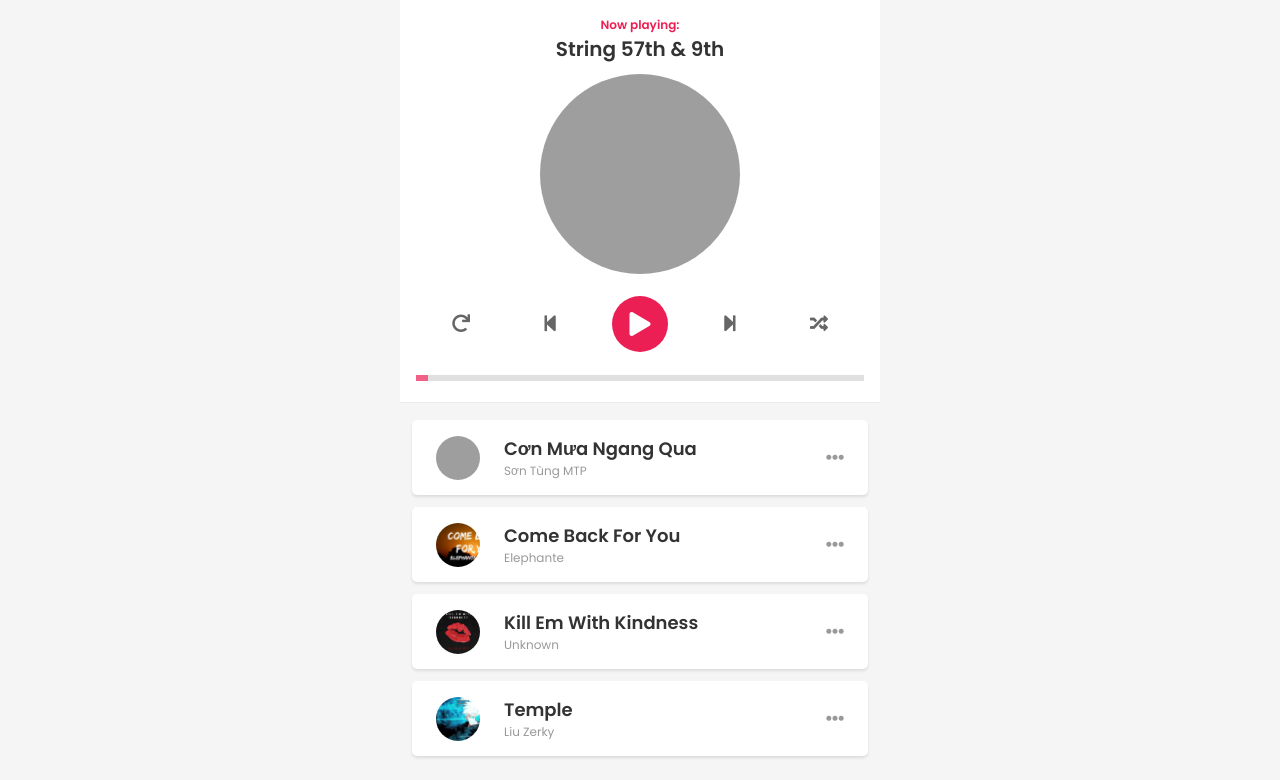
Repository: vandat598/musicPlayer
Page: index.html
An editor plug-in stored every save of this project. The page is shown before and after the next save, followed by the edit.
The browser window is 1280 px wide. The pictures show the whole page.
Pictures or frames that could not be fetched are drawn as grey boxes.

Above is the page before, as saved 2022-04-25 16:16:44.

After the next save:
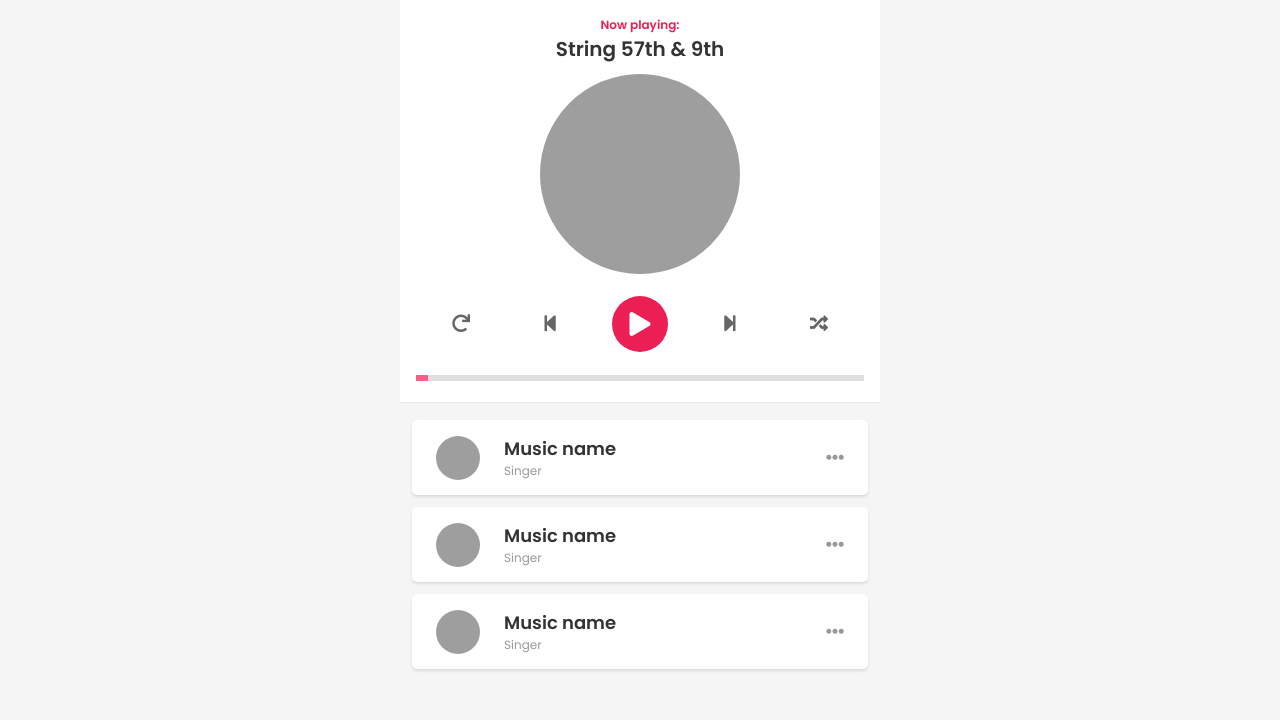
Console error: TypeError: Cannot set properties of null (setting 'textContent')
Saved 4 min 3 s later.
--- a/index.html
+++ b/index.html
@@ -208,6 +208,10 @@
           const heading = $('heading h2');
           const cdThumb = $('.cd-thumb');
           const audio = $('#audio');
+
+          heading.textContent = this.currentSong.name;
+          cdThumb.style.backgroundImage = `url('${this.currentSong.image}')`;
+          audio.src = this.currentSong.path;
         },
         start() {
           this.defineProperties();

After the save that followed:
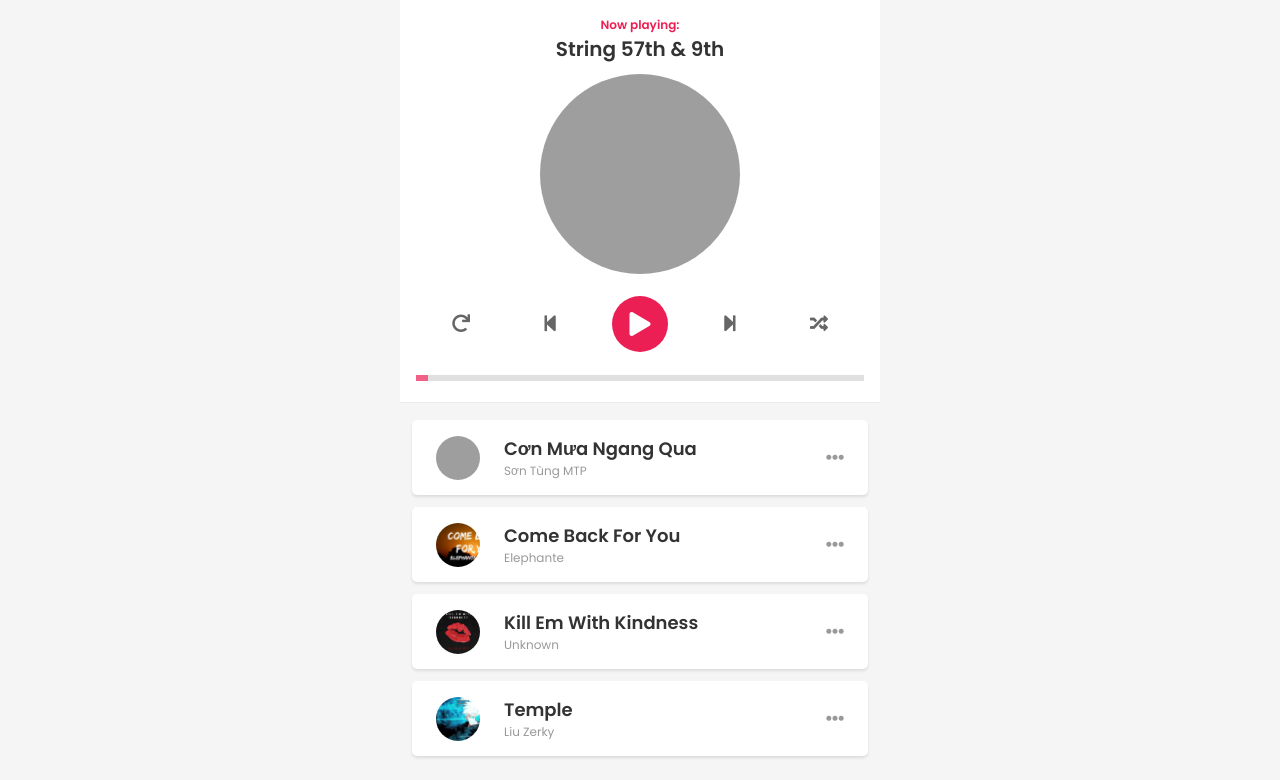
The error is gone.
Saved 24 s later.
--- a/index.html
+++ b/index.html
@@ -209,7 +209,7 @@
           const cdThumb = $('.cd-thumb');
           const audio = $('#audio');
 
-          heading.textContent = this.currentSong.name;
+          // heading.textContent = this.currentSong.name;
           cdThumb.style.backgroundImage = `url('${this.currentSong.image}')`;
           audio.src = this.currentSong.path;
         },
